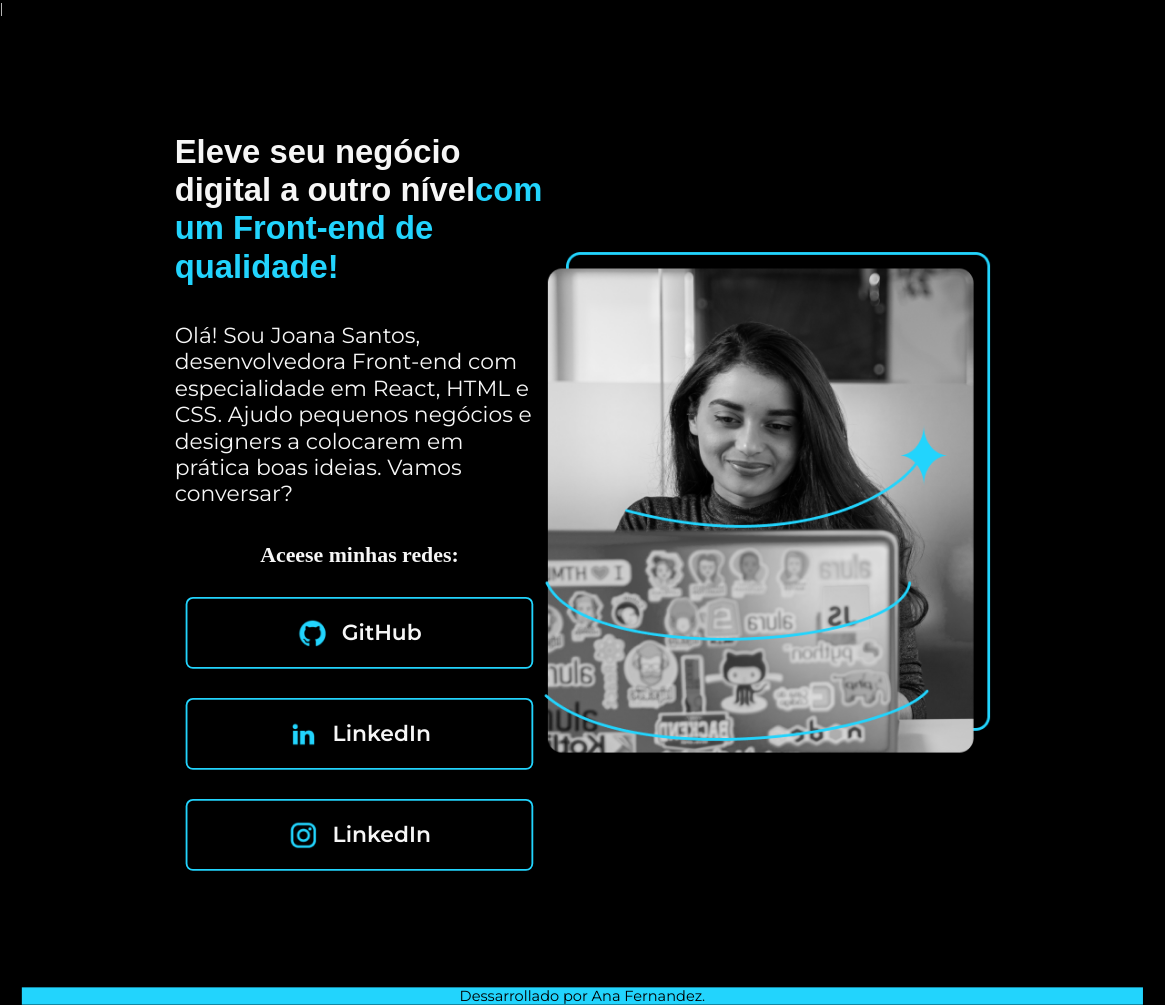
Repository: AnaFzCz/Portifolio-HTML-CSS-dinamico
Page: index.html
An editor plug-in stored every save of this project. The page is shown before and after the next save, followed by the edit.
The browser window is 1280 px wide. The pictures show the whole page, at 91% of full size.
Some web fonts or font styles are not loaded; a fallback is used.

Above is the page before, as saved 2025-02-09 07:02:24.

After the next save:
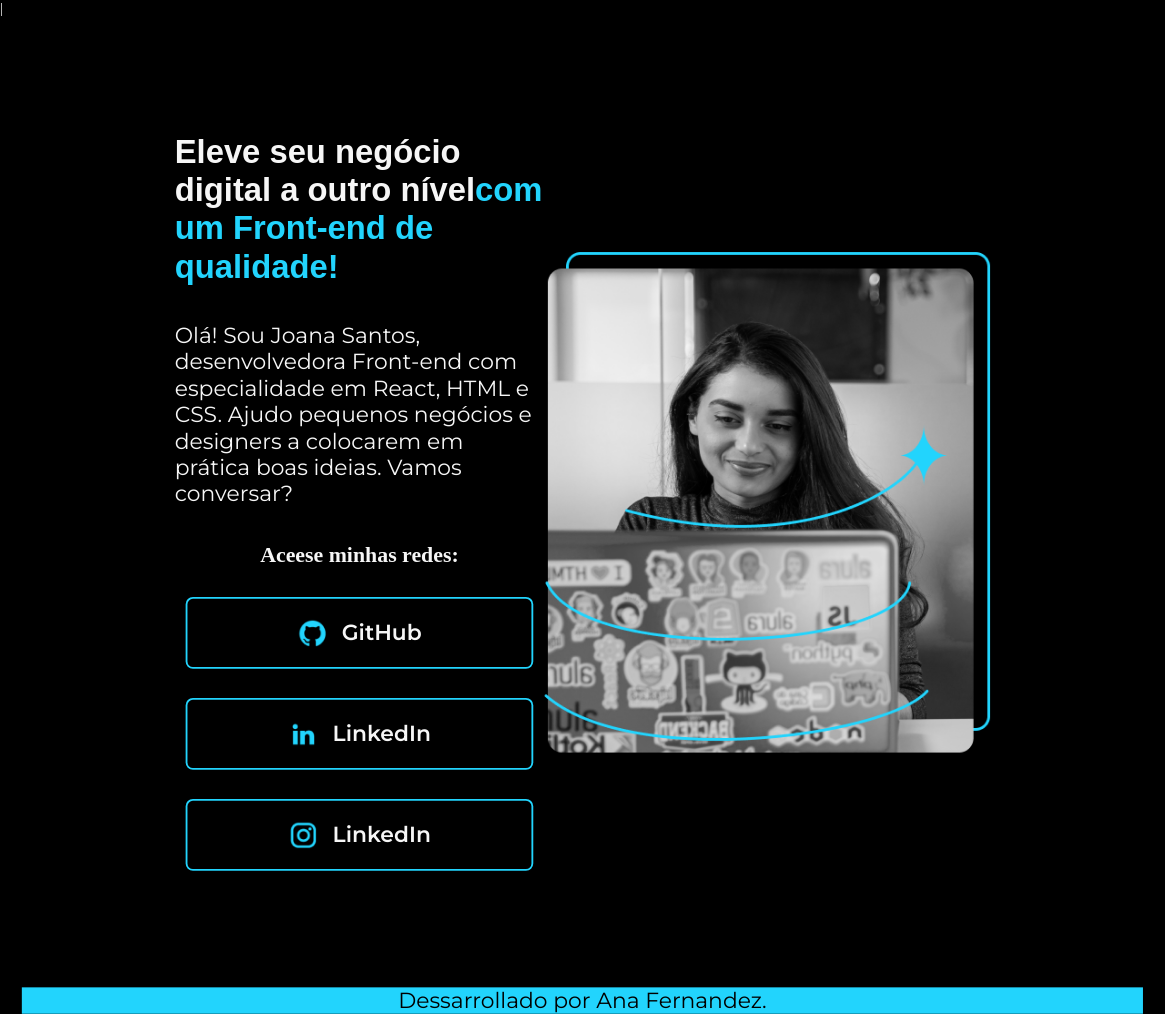
Saved 14 s later.
--- a/style.css
+++ b/style.css
@@ -83,5 +83,5 @@
     background-color: #22D4FD;
     text-align: center;
     font-family: 'Montserrat', sans-serif;
-    ;
+    font-size: 24px;
 }
